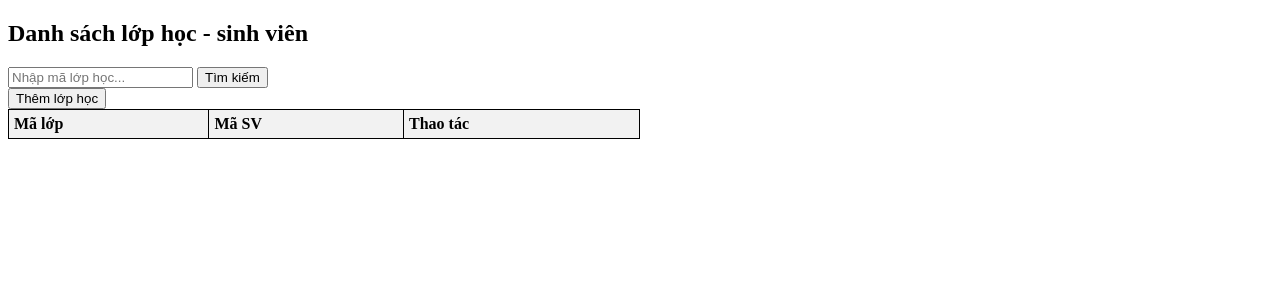
Repository: thuynvm1610/JavaWeb_Nhom06_SICT-portal_Backup
Page: http://localhost/SICT-portal/view/admin/student_classroomList.jsp
These files come from the project's save history. The page is drawn as it stood at one moment and after the next save; the edit follows.
The browser window is 1280 px wide. The pictures show the whole page.
The page is served by Tomcat 9. Other server files are loaded and not shown. The template is opened directly, without the code that normally fills it, so the values that code supplies are empty.

Above is the page before, as saved 2025-05-06 13:57:45.

### SICT-portal/src/main/webapp/view/admin/student_classroomList.jsp
<%@ page language="java" contentType="text/html; charset=UTF-8"
	pageEncoding="UTF-8"%>
<%@ taglib uri="http://java.sun.com/jsp/jstl/core" prefix="c"%>
<!DOCTYPE html>
<html lang="en">
	<head>
		<title>Danh sách lớp học - sinh viên</title>
		<style>
			table {
				border-collapse: collapse;
				width: 50%;
			}

			th, td {
				border: 1px solid black;
				padding: 5px;
				text-align: left;
			}

			th {
				background-color: #f2f2f2;
			}
		</style>
	</head>
	<body>
		<h2>Danh sách lớp học - sinh viên</h2>
		<!-- Hiển thị thông báo nếu có -->
		<c:if test="${not empty message}">
			<div style="color: red;">${message}</div>
		</c:if>
		<!-- Form tìm kiếm danh sách sinh viên theo mã lớp-->
		<form method="get" action="admin">
			<input type="hidden" name="action" value="searchStudentListByClassroomID" />
			<input type="text" name="classroomID" placeholder="Nhập mã lớp học..." />
			<button type="submit">Tìm kiếm</button>
		</form>
		<!-- Nút thêm mới -->
		<form method="get" action="admin">
			<input type="hidden" name="action" value="addClassroomForm" />
			<button type="submit">Thêm lớp học</button>
		</form>
		<!-- Bảng hiển thị danh sách lớp học - sinh viên -->
		<table>
			<thead>
				<tr>
					<th>Mã lớp</th>
					<th>Mã SV</th>
					<th>Thao tác</th>
				</tr>
			</thead>
			<tbody>
				<c:forEach var="sc" items="${student_classroomList}">
					<tr>
						<td>${sc.classroomID}</td>
						<td>${sc.studentID}</td>
						<td>
							<div style="display: flex; gap: 5px;">
								<form method="get" action="admin">
									<input type="hidden" name="action" value="updateStudent_classroomForm"/>
									<input type="hidden" name="classroomID" value="${sc.classroomID}"/>
									<button type="submit">Sửa</button>
								</form>
								<form method="post" action="admin">
									<input type="hidden" name="action" value="deleteStudent_classroom"/>
									<input type="hidden" name="classroomID" value="${sc.classroomID}"/>
									<button type="submit" onclick="return confirm('Bạn có chắc muốn xóa sinh viên này?');">Xóa</button>
								</form>
							</div>
                        </td>
					</tr>
				</c:forEach>
			</tbody>
		</table>
	</body>
</html>

After the next save:
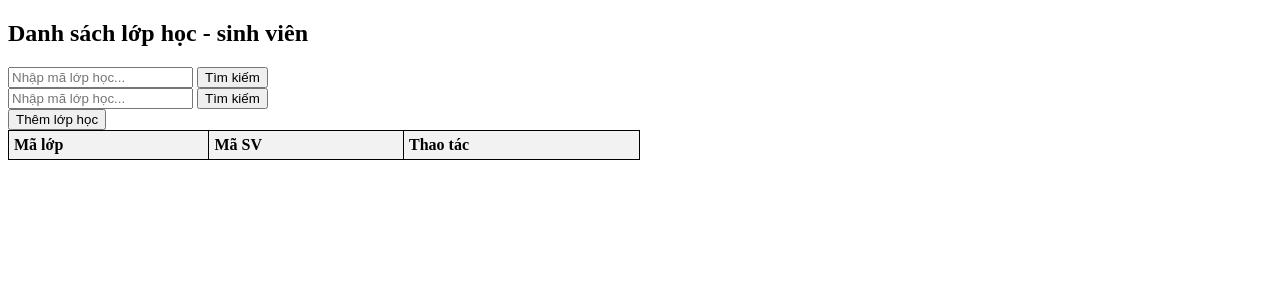
Saved 47 s later.
--- a/SICT-portal/src/main/webapp/view/admin/student_classroomList.jsp
+++ b/SICT-portal/src/main/webapp/view/admin/student_classroomList.jsp
@@ -31,6 +31,12 @@
 		<!-- Form tìm kiếm danh sách sinh viên theo mã lớp-->
 		<form method="get" action="admin">
 			<input type="hidden" name="action" value="searchStudentListByClassroomID" />
+			<input type="text" name="classroomID" placeholder="Nhập mã lớp học..." />
+			<button type="submit">Tìm kiếm</button>
+		</form>
+		<!-- Form tìm kiếm danh sách lớp theo mã sinh viên-->
+		<form method="get" action="admin">
+			<input type="hidden" name="action" value="searchClassroomListByStudentID" />
 			<input type="text" name="classroomID" placeholder="Nhập mã lớp học..." />
 			<button type="submit">Tìm kiếm</button>
 		</form>
